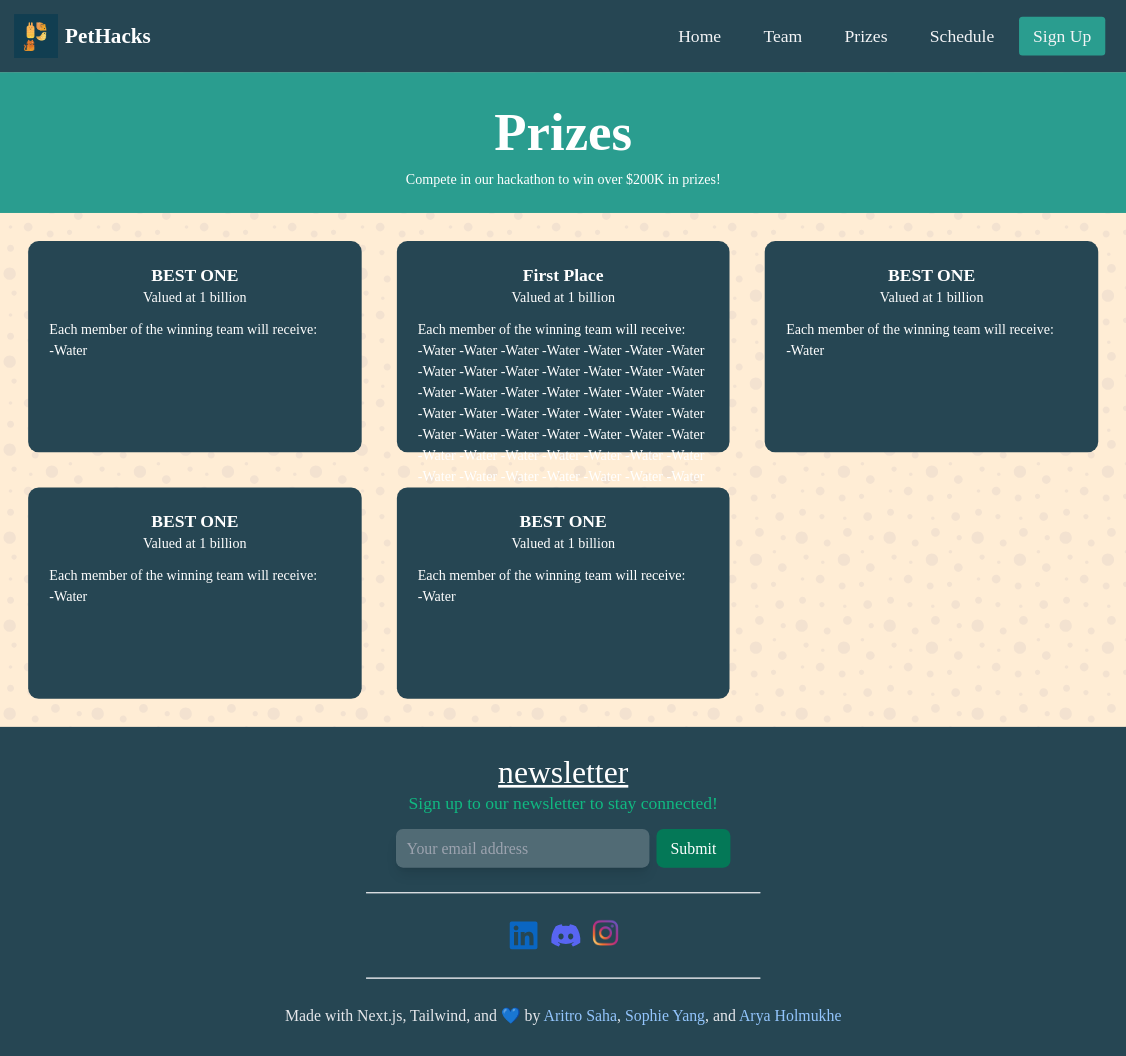
Repository: AritroSaha10/pethacks-website
Page: /prizes
The author's editor kept a copy of each file at every save. The page is drawn from the files as they stood at one save, then again after a run of saves.
The browser window is 1280 px wide. The pictures show the whole page, at 88% of full size.
Some web fonts or font styles are not loaded; a fallback is used. The project was rebuilt for these pictures with package versions that can differ from the ones it lists, and the page was loaded fresh each time. The framework's server and built-in components were replaced by stand-ins that run in the browser. Also part of the build but not shown: next.config.js.

Above is the page before, as saved 2022-09-10 09:54:51.

After the next 3 saves:
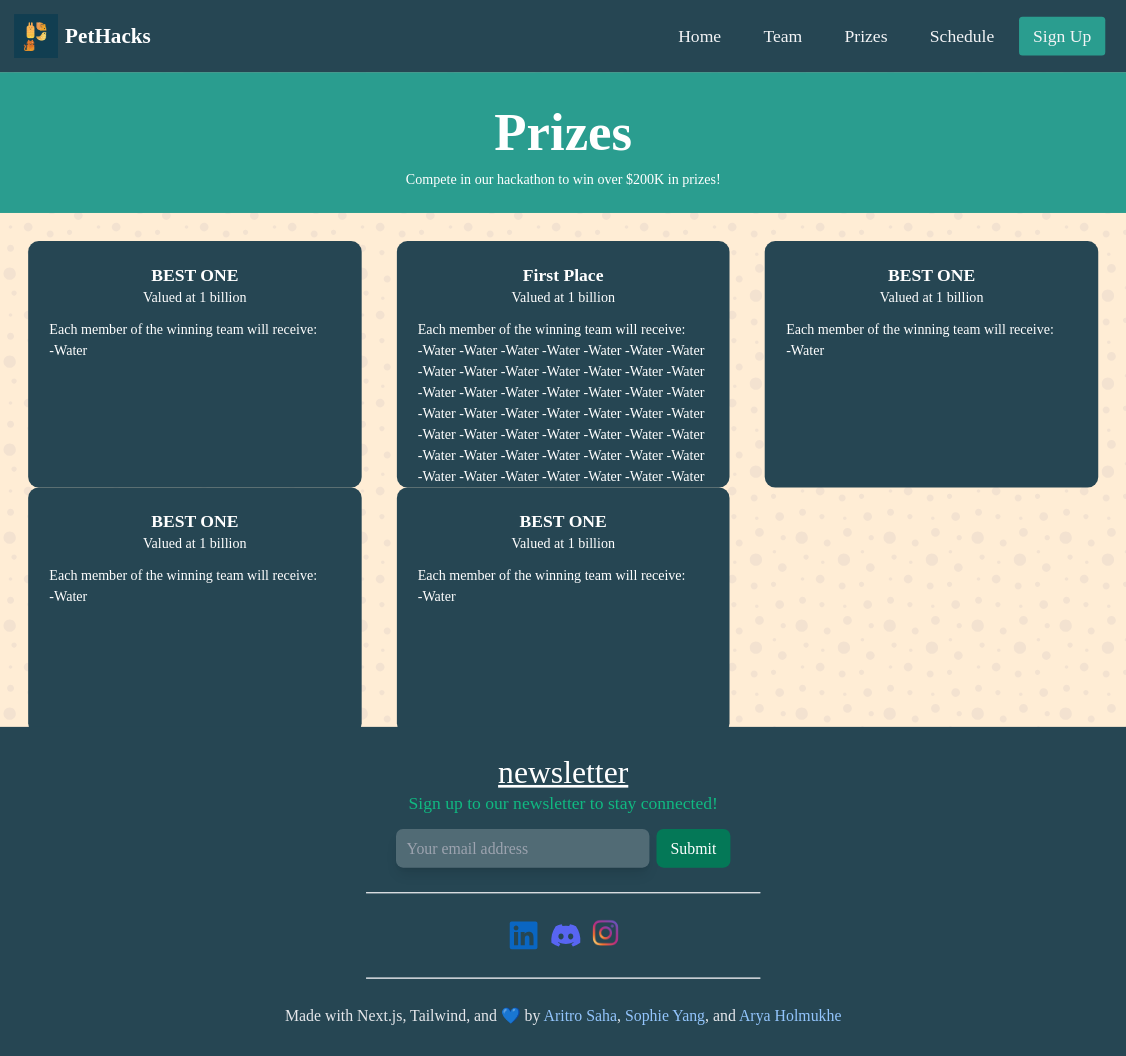
The 3 saves are shown as one change because they came seconds apart.
The last was saved 9 s later.
--- a/components/Prizes/Card.tsx
+++ b/components/Prizes/Card.tsx
@@ -4,7 +4,7 @@ import React from 'react';
 export default function Card ({title, valuation, info}: {title: string, valuation: string, info: string}) {
 
     return (
-        <div className="col-span-1 h-60 p-6 m-5 bg-pet-teal rounded-xl  text-white" >
+        <div className="col-span-1 h-60 min-h-full p-6 m-5 bg-pet-teal rounded-xl  text-white" >
             <div className="text-center">
                 <h1 className="text-xl font-bold">{title}</h1>
                 <p className="pb-3">Valued at {valuation}</p>
